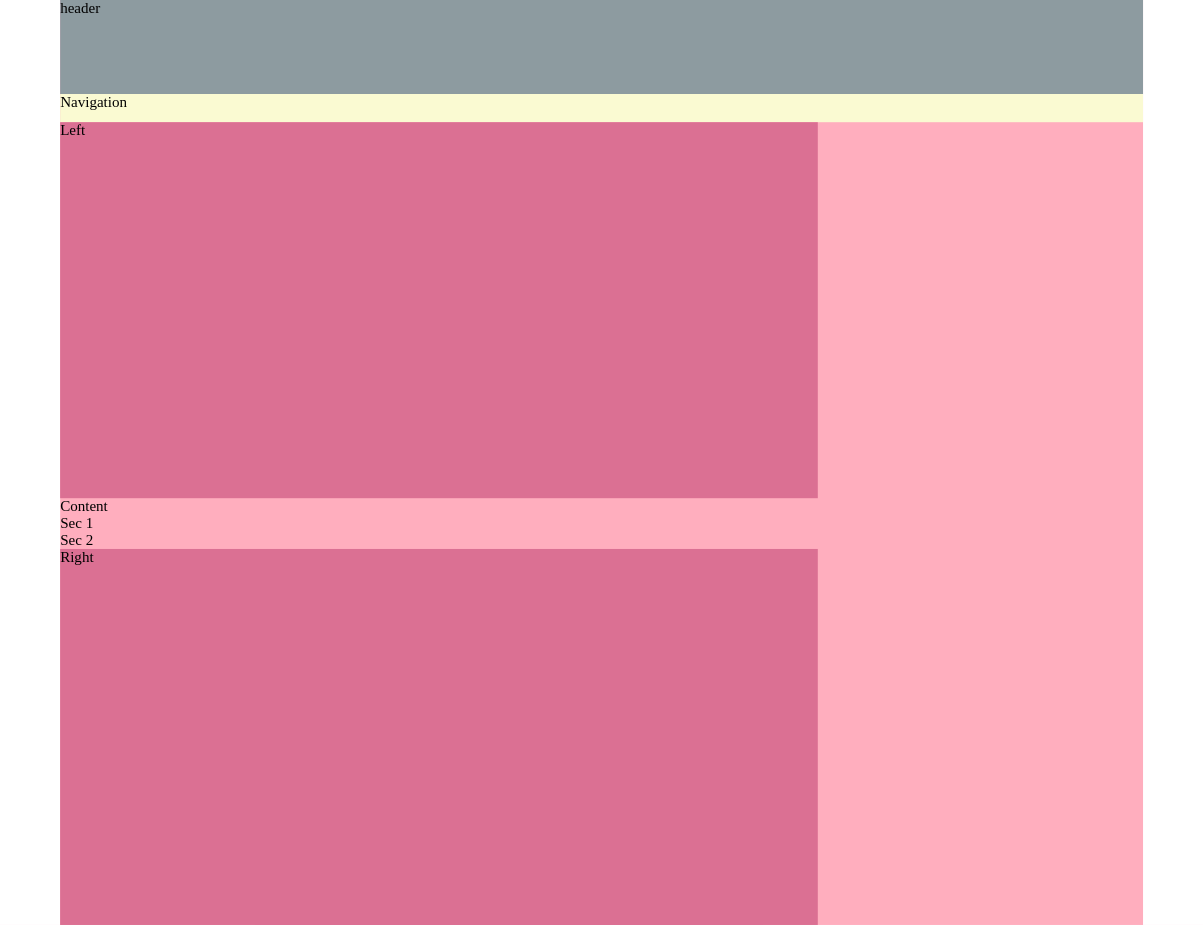
Repository: cvTuananh/Wed-famework
Page: Lab04/lab04/demo04.html
An editor plug-in stored every save of this project. The page is shown before and after a run of saves, followed by the edit.
The browser window is 1280 px wide. The pictures show the whole page, at 94% of full size.

Above is the page before, as saved 2021-09-28 18:52:14.

### Lab04/lab04/demo04.html
<!DOCTYPE html>
<html lang="en">
<head>
    <meta charset="UTF-8">
    <meta http-equiv="X-UA-Compatible" content="IE=edge">
    <meta name="viewport" content="width=device-width, initial-scale=1.0">
    <title>Document</title>
    <link rel="stylesheet" href="demo04.css">
</head>
<body>
    <div class="container">
        <header>header</header>
        <nav>Navigation</nav>
        <aside>Left </aside>
        <article>Content
            <section>Sec 1</section>
            <section>Sec 2</section>
        </article>
        <aside>Right</aside>
        <footer></footer>
    </div>
</body>
</html>

### Lab04/lab04/demo04.css
body {
    padding : 0 ;
    margin : 0 ;
}
.container{
    background-color: #ffaebe;
    width: 90%;
    padding: 0;
    margin: 0 auto;

}

header{
    background-color: rgb(141, 155, 160);
    height: 100px;
}
nav{
    background-color: lightgoldenrodyellow;
    height: 30px;
}
aside{
    background-color: palevioletred;
    min-height: 400px;
    width:70%

}
footer{
    background-color: ;
}

After the next 3 saves:
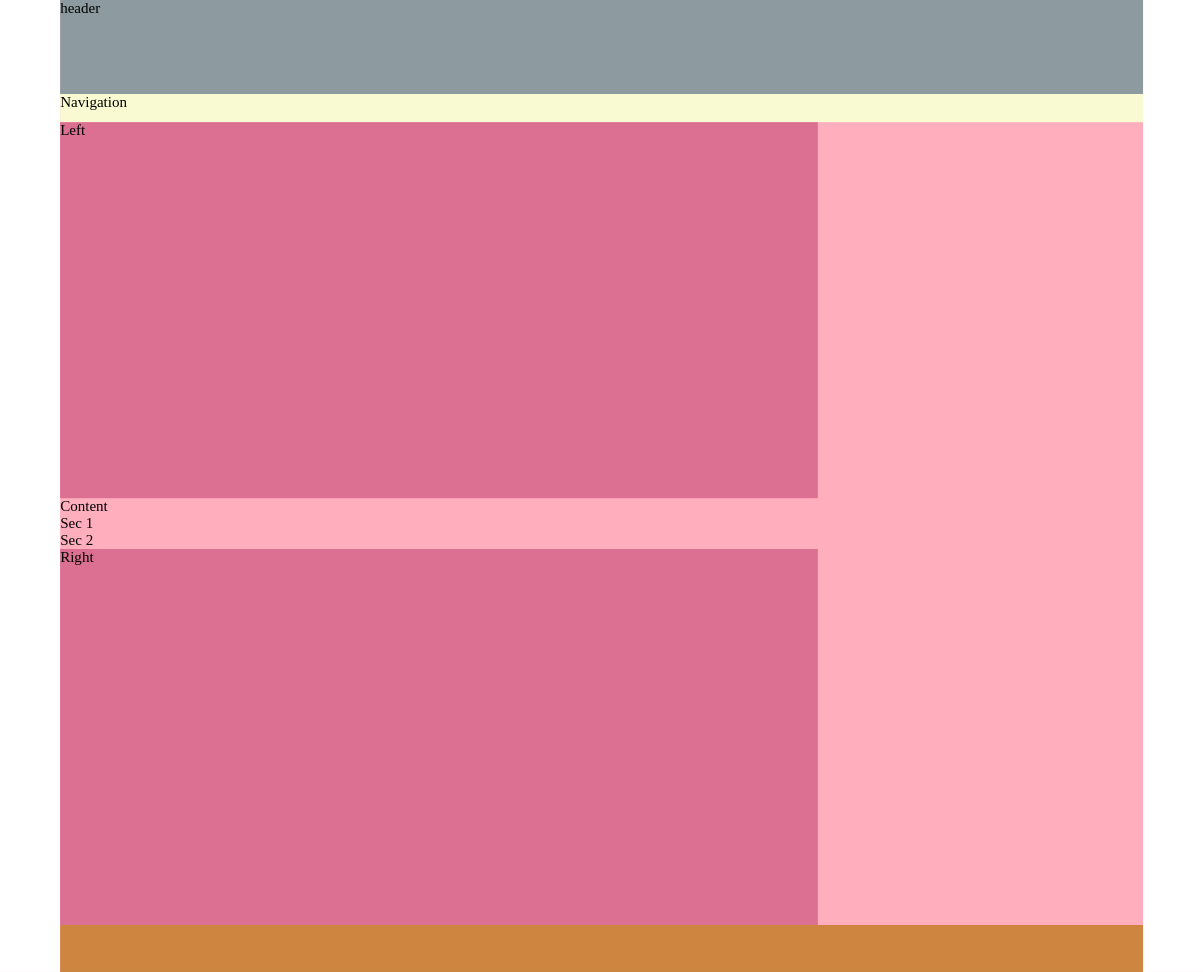
The 3 saves are shown as one change because they came seconds apart.
The last was saved 10 s later.
--- a/Lab04/lab04/demo04.css
+++ b/Lab04/lab04/demo04.css
@@ -25,5 +25,6 @@
 
 }
 footer{
-    background-color: ;
+    background-color: peru;
+    height: 50px;
 }
